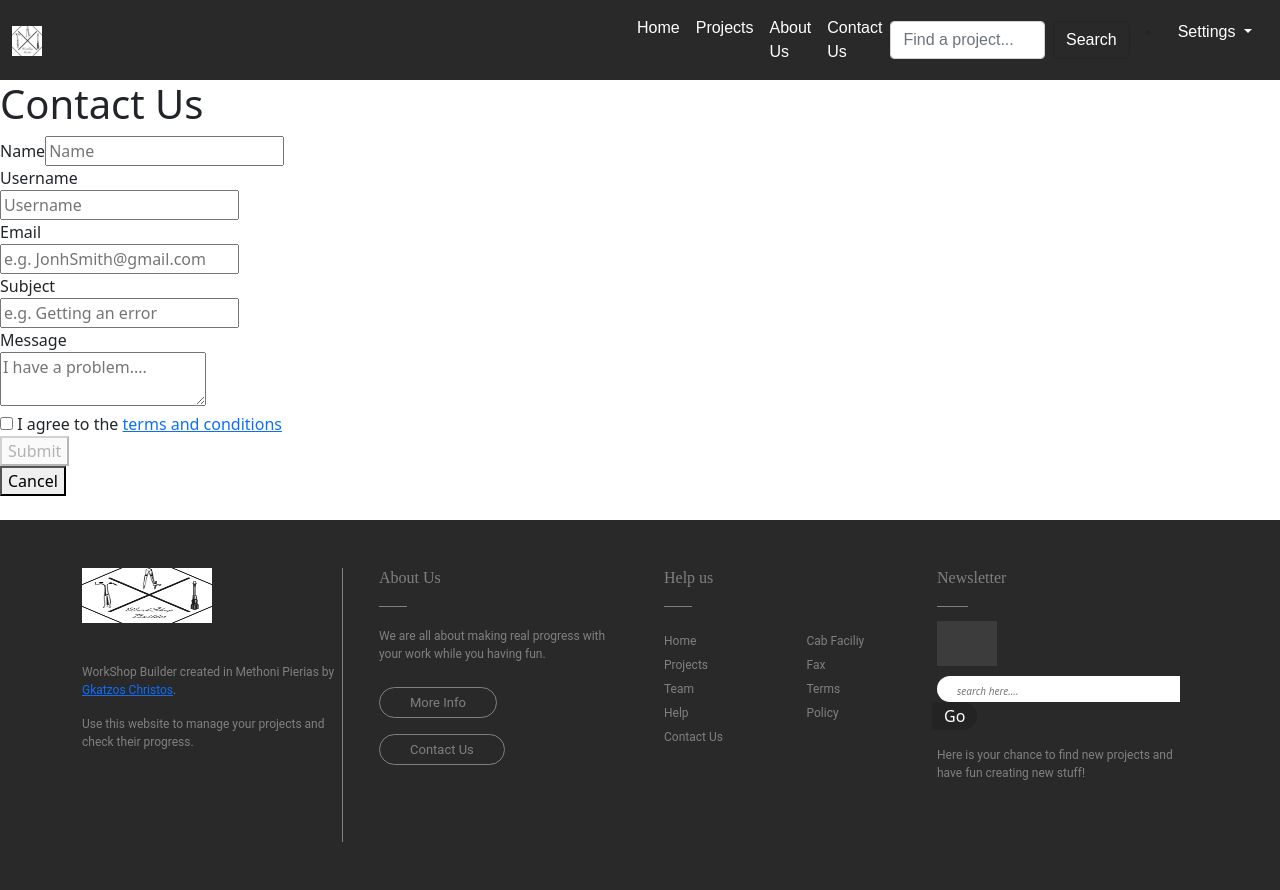
Repository: GkatzosChristos/workshop-builder-ui
Page: /contactUs (app in workshop-builder-ui/)
The author's editor kept a copy of each file at every save. The page is drawn from the files as they stood at one save, then again after the next save.
The browser window is 1280 px wide. The pictures show the whole page.
The project was rebuilt for these pictures with package versions that can differ from the ones it lists, and the page was loaded fresh each time. Also part of the build but not shown: workshop-builder-ui/angular.json, workshop-builder-ui/src/app/about-us/about-us.component.ts, workshop-builder-ui/src/app/home/home.component.ts, workshop-builder-ui/src/app/project/project.component.ts.

Above is the page before, as saved 2021-08-27 17:08:18.

After the next save:
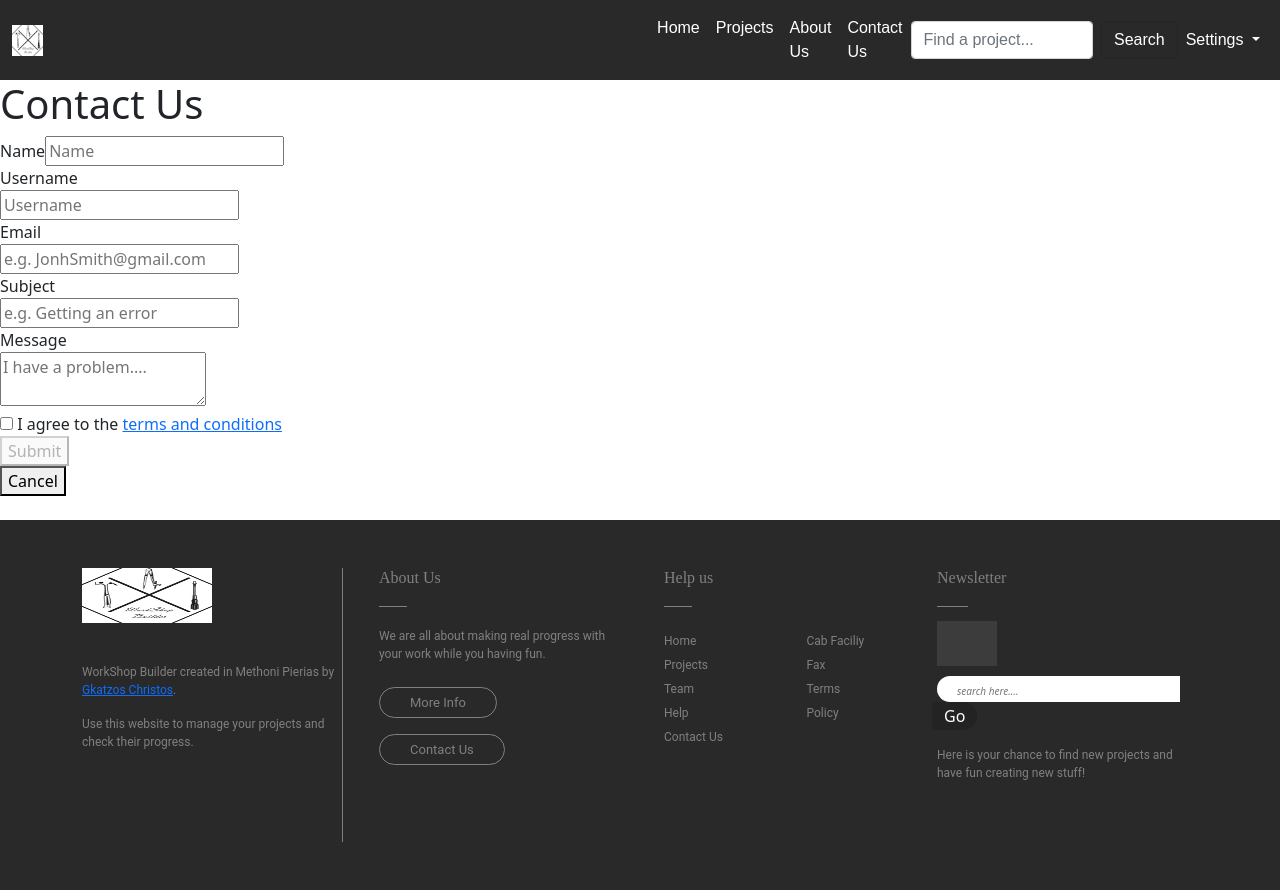
Saved 62 s later.
--- a/workshop-builder-ui/src/app/header/header.component.html
+++ b/workshop-builder-ui/src/app/header/header.component.html
@@ -27,7 +27,7 @@
                     <input class="form-control me-2" type="text" placeholder="Find a project...">
                     <a class="btn btn-outline-dark text-white">Search</a>
                 </form>
-                <ul>
+                <ul class="navbar-nav">
                     <li class="nav-item dropdown">
                         <a class="nav-link dropdown-toggle text-white" id="navbarScrollingDropdown" role="button"
                             data-bs-toggle="dropdown" aria-expanded="false">
